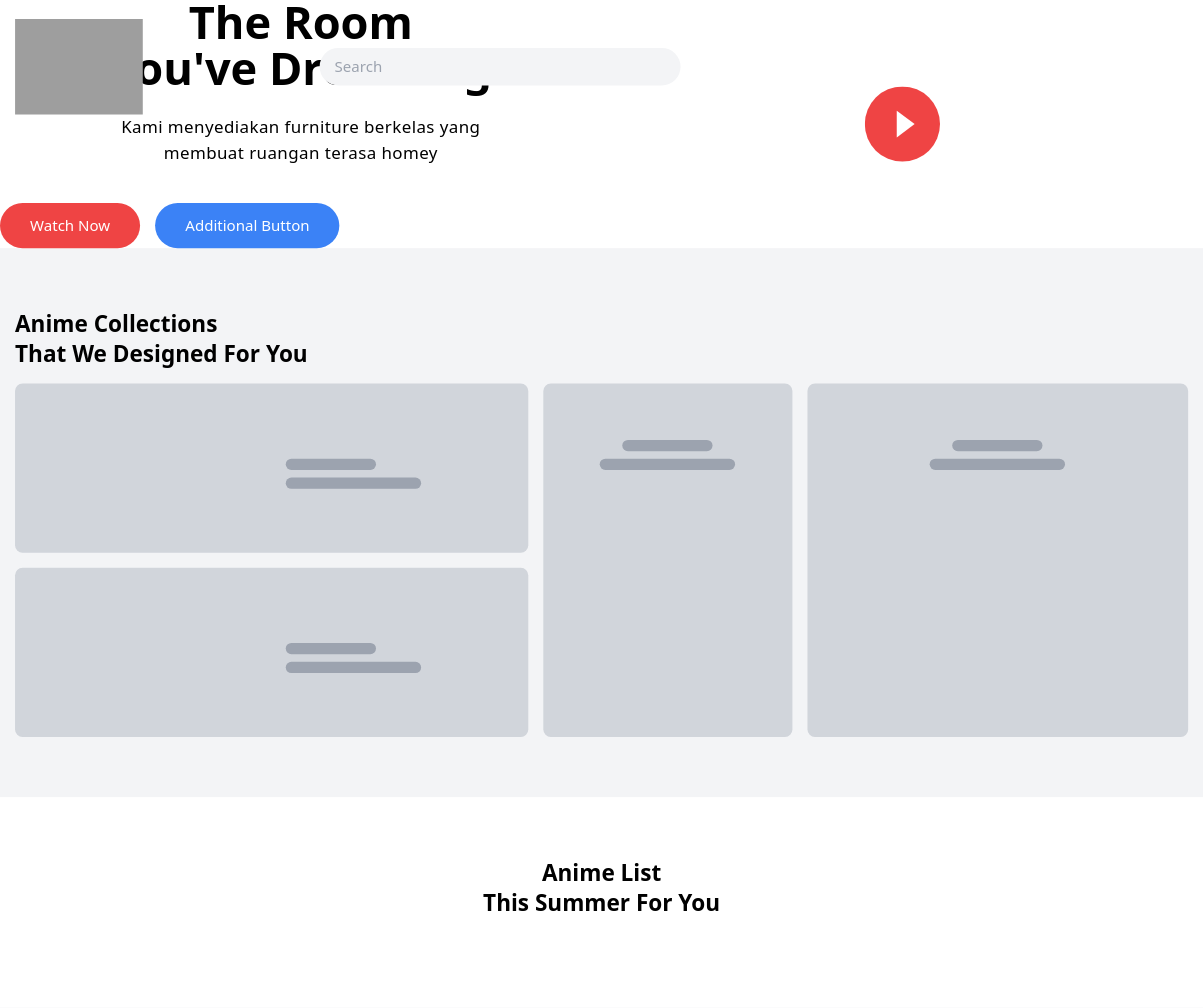
Repository: farrelmuhammad/anime-collections
Page: /
The author's editor kept a copy of each file at every save. The page is drawn from the files as they stood at one save, then again after the next save.
The browser window is 1280 px wide. The pictures show the whole page, at 94% of full size.
Pictures or frames that could not be fetched are drawn as grey boxes. The page's requests for data from a server got no answer. The project was rebuilt for these pictures with package versions that can differ from the ones it lists, and the page was loaded fresh each time. No one was signed in, and anything a server would have sent is missing. Also part of the build but not shown: src/App.css.

Above is the page before, as saved 2023-08-04 00:41:16.

After the next save:
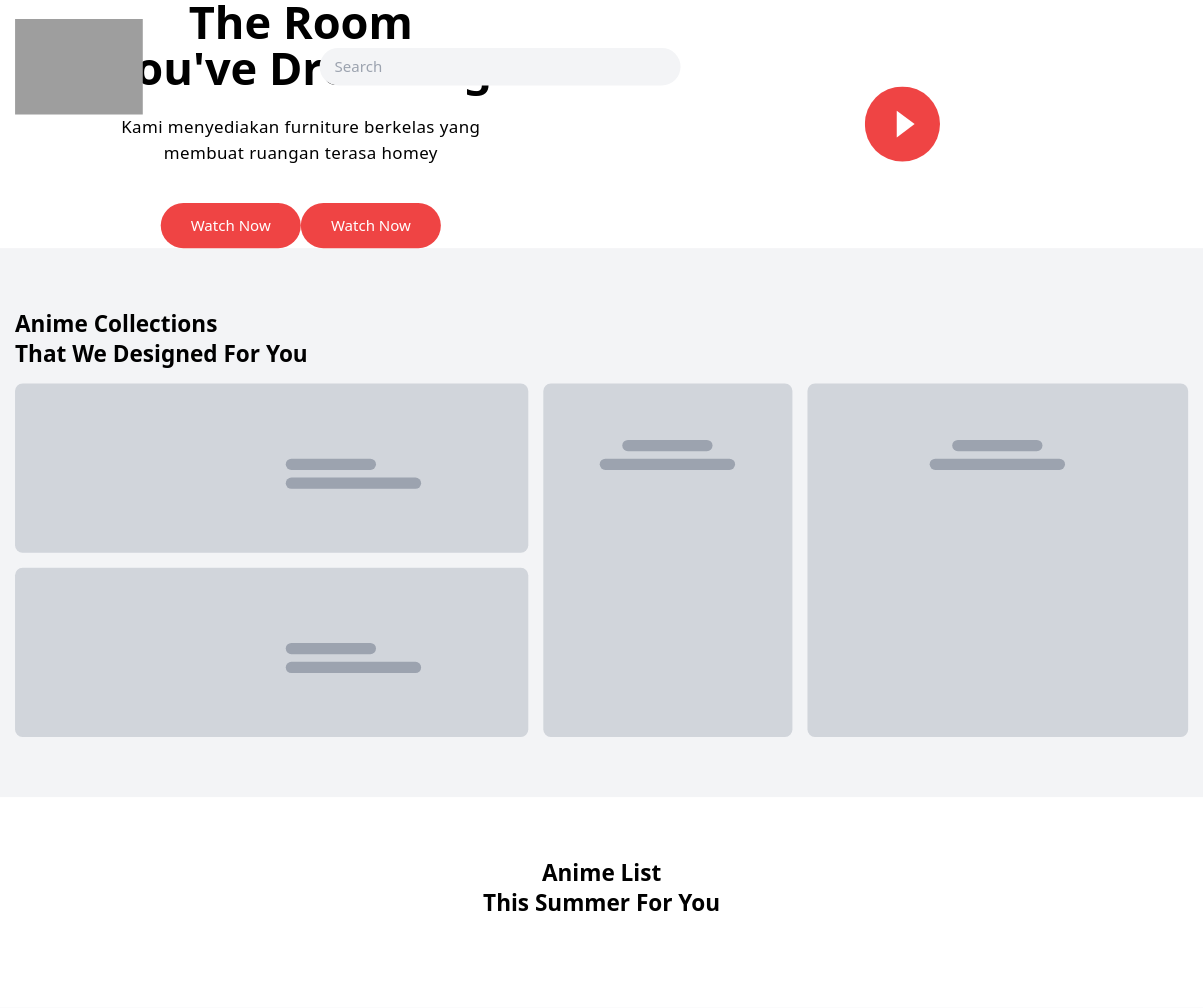
Saved 11 s later.
--- a/src/parts/Home/Hero.tsx
+++ b/src/parts/Home/Hero.tsx
@@ -30,21 +30,21 @@
                     <br className="hidden lg:block" />
                     membuat ruangan terasa homey
                 </h2>
-                <div className="flex justify-center md:justify-start"> {/* Use flex to align items */}
+                <div>
                     <a
                         href="#browse-the-room"
-                        className="bg-red-500 text-white hover:bg-black hover:text-red-400 rounded-full px-8 py-3 mt-4 mr-4 inline-block flex-none transition duration-200"
+                        className="bg-red-500 text-white hover:bg-black hover:text-red-400 rounded-full px-8 py-3 mt-4 inline-block flex-none transition duration-200"
                     >
                         Watch Now
                     </a>
-                    <button
-                        className="bg-blue-500 text-white hover:bg-black hover:text-blue-400 rounded-full px-8 py-3 mt-4 inline-block flex-none transition duration-200"
+                    <a
+                        href="#browse-the-room"
+                        className="bg-red-500 text-white hover:bg-black hover:text-red-400 rounded-full px-8 py-3 mt-4 inline-block flex-none transition duration-200"
                     >
-                        Additional Button
-                    </button>
+                        Watch Now
+                    </a>
                 </div>
             </div>
-
             <div className="w-full inset-0 md:relative md:w-1/2">
                 <div className="relative hero-image">
                     <div className="overlay inset-0 bg-black opacity-35 z-10"></div>
